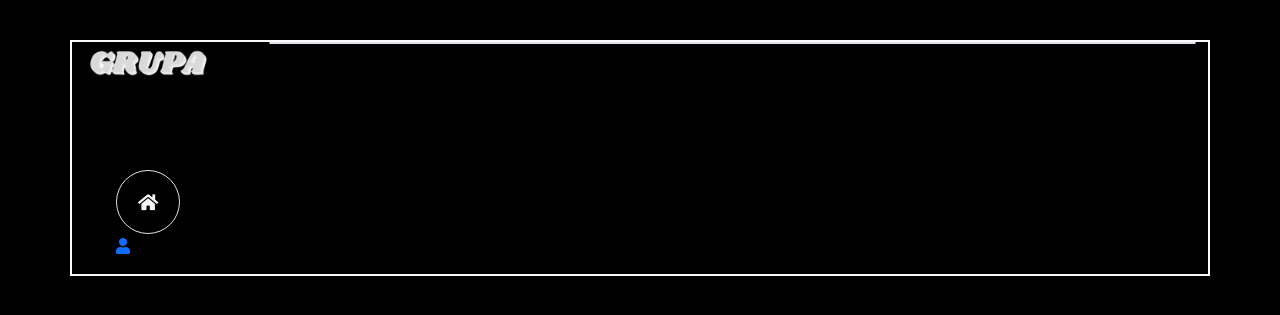
Repository: latenightsnacc/urban-pancake
Page: index.html
These files come from the project's save history. The page is drawn as it stood at one moment and after the next save; the edit follows.
The browser window is 1280 px wide. The pictures show the whole page.
Some web libraries are served in a nearby version.

Above is the page before, as saved 2021-04-30 14:34:15.

After the next save:
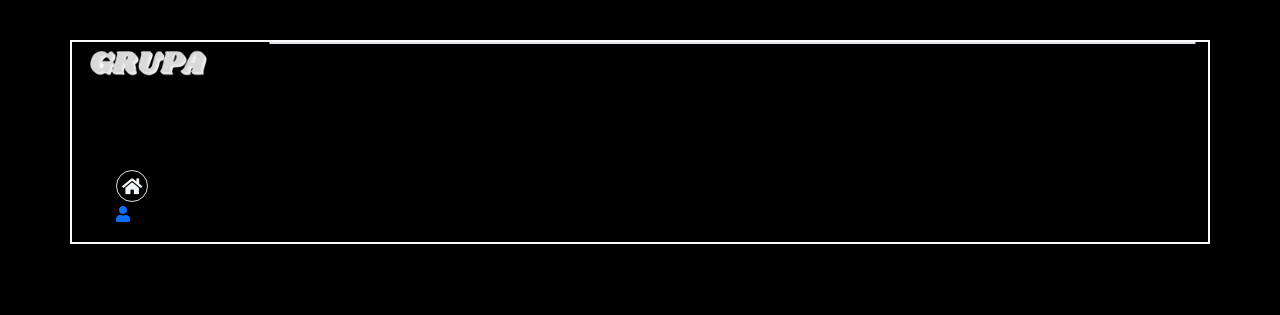
Saved 88 s later.
--- a/index.html
+++ b/index.html
@@ -28,7 +28,7 @@
                 </a>
                 <ul class="flex flex-col">
                     <li class="mr-5">
-                        <a href="index.html" class="flex flex-row items-center justify-center text-lg border border-gray-100 rounded-full h-16 w-16 text-gray-100 no-underline">
+                        <a href="index.html" class="flex flex-row items-center justify-center text-lg border border-gray-100 rounded-full h-8 w-8 text-gray-100 no-underline">
                             <i class="fas fa-home"></i>
                             <!-- <span class="ml-2 hidden md:block capitalize text-sm">home</span> -->
                         </a>
